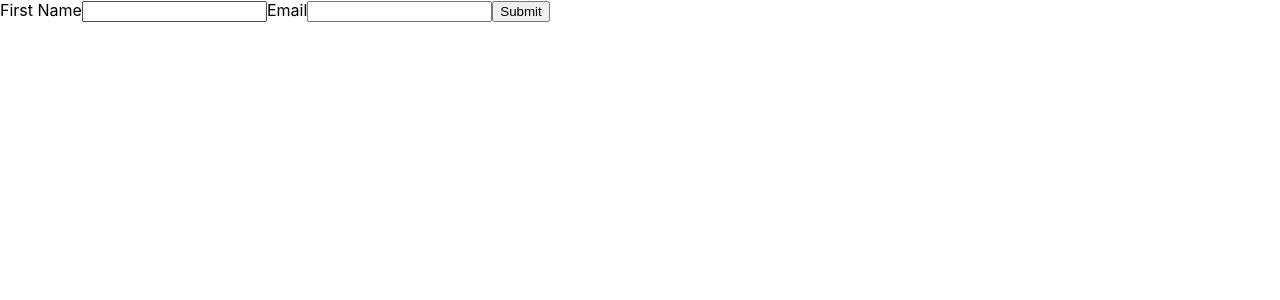
Repository: fatimash2123/todoApp
Page: /
The author's editor kept a copy of each file at every save. The page is drawn from the files as they stood at one save, then again after a run of saves.
The browser window is 1280 px wide. The pictures show the whole page.
The project was rebuilt for these pictures with package versions that can differ from the ones it lists, and the page was loaded fresh each time.

Above is the page before, as saved 2024-02-12 12:33:23.

### src/App.tsx
import Login from './pages/Login/Login';

function App() {
  return (
    <Login/>
  );
}

export default App;

### src/pages/Login/Login.tsx
import styles from "./Login.module.css";
import { Formik, Form, Field, ErrorMessage } from "formik";
interface formikState {
  name: string;
  email: string;
}

function Login() {
  const initialValues: formikState = { name: "", email: "" };
  const emailRegex = /^[a-zA-Z0-9._-]+@[a-zA-Z0-9.-]+\.[a-zA-Z]{2,4}$/;

  const validate = (values: formikState) => {
    let errors: formikState = { name: "", email: "" };
    if (!values.name) {
      errors.name = "Required";
    }
    if (!values.email) {
      errors.email = "Required";
    } else if (!emailRegex.test(values.email)) {
      errors.email = "Email not correct";
    }
    return errors;
  };
  const onSubmit = (values: formikState) => {
    console.log(values);
  };

  return (
    <Formik
      initialValues={initialValues}
      validate={validate}
      onSubmit={onSubmit}
    >

      <Form>
        <label htmlFor="name">First Name</label>
        <Field type="text" id="name" name="name" />
        <ErrorMessage name="name" />

        <label htmlFor="email">Email</label>
        <Field type="text" id="email" name="email" />
        <ErrorMessage name="email" />

        <input type="submit" value="Submit" />
      </Form>
    </Formik>
  );
}
export default Login;

### src/pages/Login/Login.module.css
.formStyles{
    display: flex;
    flex-direction: column;
    margin: 2%;

}

input{
    width: 40%;
}

Loaded but not shown: public/index.html (common file); src/index.tsx (common file); src/index.css (common file); src/reportWebVitals.ts (common file)

After the next 2 saves:
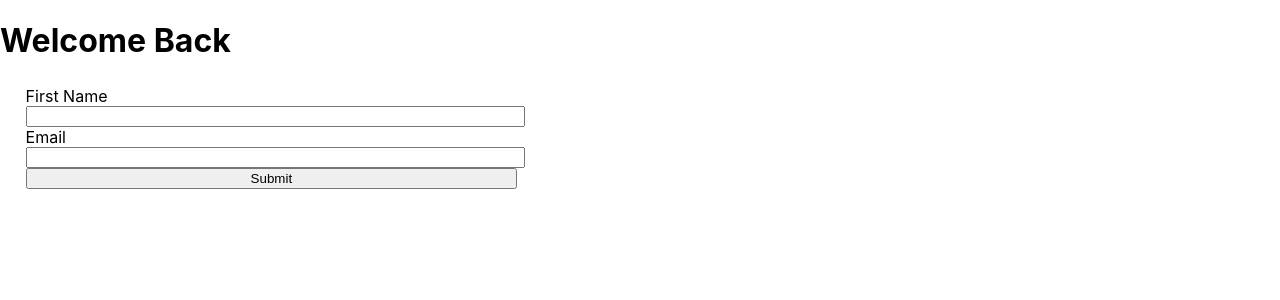
The 2 saves are shown as one change because 1 did not build or start.
The last was saved 24 s later.
--- a/src/pages/Login/Login.tsx
+++ b/src/pages/Login/Login.tsx
@@ -26,13 +26,14 @@ function Login() {
   };
 
   return (
+    <>
+       <h1>Welcome Back</h1>
     <Formik
       initialValues={initialValues}
       validate={validate}
       onSubmit={onSubmit}
     >
-
-      <Form>
+      <Form className={styles.formStyles}>
         <label htmlFor="name">First Name</label>
         <Field type="text" id="name" name="name" />
         <ErrorMessage name="name" />
@@ -44,6 +45,7 @@ function Login() {
         <input type="submit" value="Submit" />
       </Form>
     </Formik>
+    </>
   );
 }
 export default Login;
